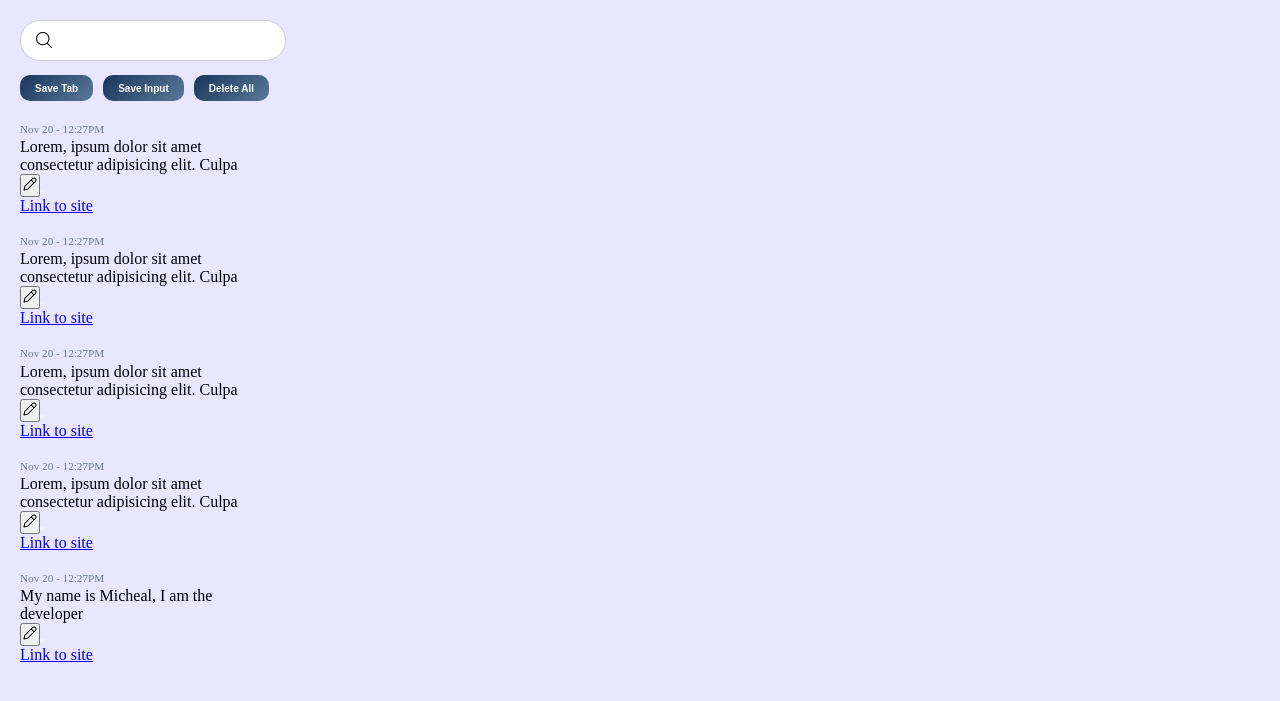
Repository: IdowuMicheal-1/Text-Tab-Organizer
Page: popup.html
The author's editor kept a copy of each file at every save. The page is drawn from the files as they stood at one save, then again after a run of saves.
The browser window is 1280 px wide. The pictures show the whole page.

Above is the page before, as saved 2025-05-14 20:50:52.

After the next 2 saves:
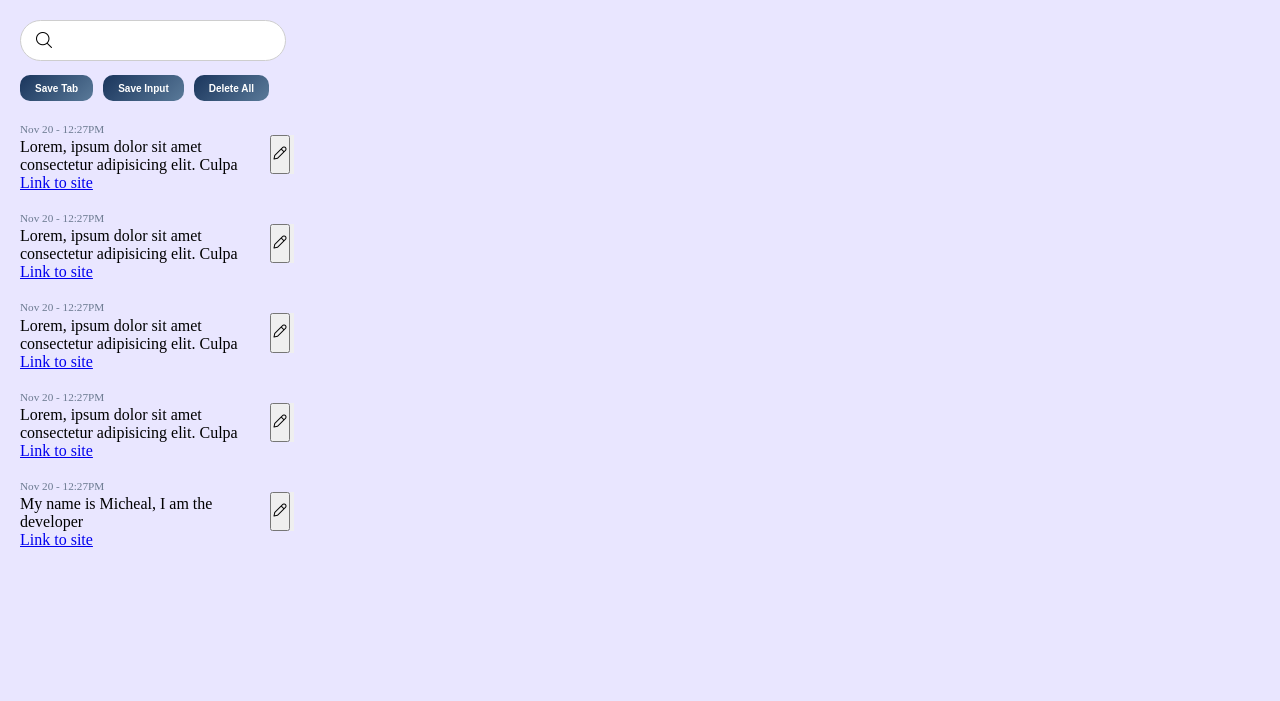
The 2 saves are shown as one change because they came seconds apart.
The last was saved 16 s later.
--- a/popup.css
+++ b/popup.css
@@ -134,6 +134,11 @@ body {
   padding-left: 0px;
 }
 
+.ctx-btn{
+    display: flex;
+
+}
+
 .edit-btn{
     width:16px;
     height: 16px;
